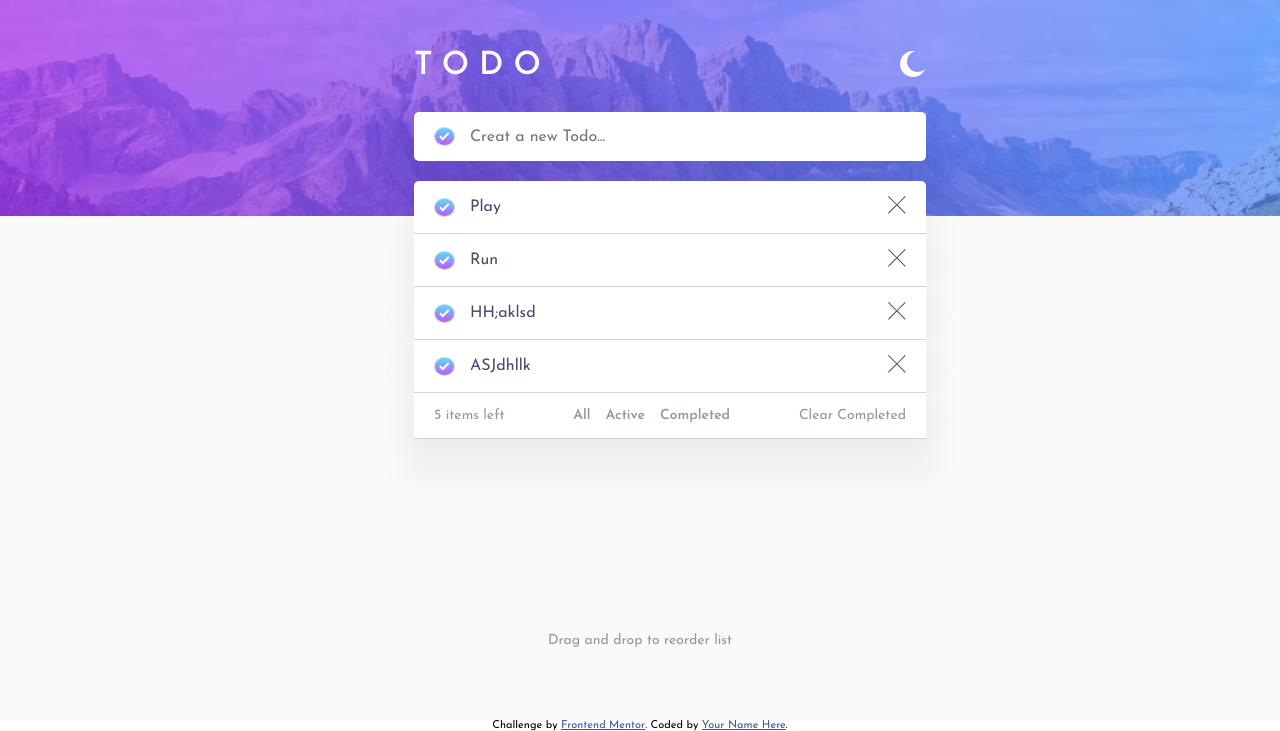
Repository: Baraajad231/Todo-app
Page: /
The author's editor kept a copy of each file at every save. The page is drawn from the files as they stood at one save, then again after the next save.
The browser window is 1280 px wide. The pictures show the whole page.
The project was rebuilt for these pictures with package versions that can differ from the ones it lists, and the page was loaded fresh each time. Also part of the build but not shown: vite.config.js.

Above is the page before, as saved 2025-12-30 17:03:33.

### index.html
<!DOCTYPE html>
<html lang="en" data-theme="light">
  <head>
    <meta charset="UTF-8" />
    <meta name="viewport" content="width=device-width, initial-scale=1.0" />
    <!-- displays site properly based on user's device -->

    <link
      rel="icon"
      type="image/png"
      sizes="32x32"
      href="./images/favicon-32x32.png"
    />

    <title>Frontend Mentor | Todo app</title>

    <!-- Feel free to remove these styles or customise in your own stylesheet 👍 -->
    <style>
      .attribution {
        font-size: 11px;
        text-align: center;
      }
      .attribution a {
        color: hsl(228, 45%, 44%);
      }
    </style>

    <link rel="preconnect" href="https://fonts.googleapis.com" />
    <link rel="preconnect" href="https://fonts.gstatic.com" crossorigin />
    <link
      href="https://fonts.googleapis.com/css2?family=Josefin+Sans:ital,wght@0,100..700;1,100..700&display=swap"
      rel="stylesheet"
    />

    <link rel="stylesheet" href="./styles/style.scss" />
  </head>
  <body>
    <div class="container">
      <picture class="background-Wrapper">
        <source
          media="(min-width:465px)"
          srcset="images/bg-desktop-light.jpg"
        />
        <img
          src="images/bg-mobile-light.jpg"
          alt="bg-mobile-light"
          class="background background-light"
        />
      </picture>

      <div class="todo">
        <div class="todo__header">
          <h1 class="todo__title">TODO</h1>
          <button class="todo__theme button">
            <img src="images/icon-moon.svg" alt="moon icon" />
          </button>
        </div>
        <ul class="todo__list">
          <li class="todo__list__row todo__list__row-input">
            <button class="checkbox button">
              <img
                src="./images/icon-check.svg"
                alt="check"
                class="checkbox__icon"
              />
            </button>
            <input
              type="text"
              placeholder="Creat a new Todo..."
              class="todo__list__input"
            />
          </li>

          <li class="todo__list__row">
            <button class="checkbox button">
              <img
                src="./images/icon-check.svg"
                alt="check"
                class="checkbox__icon"
              />
            </button>
            <span class="todo__list__task">Play</span>
            <button class="remove-btn button">
              <img src="./images/icon-cross.svg" alt="" class="remove-icon" />
            </button>
          </li>
          <li class="todo__list__row">
            <button class="checkbox button">
              <img
                src="./images/icon-check.svg"
                alt="check"
                class="checkbox__icon"
              />
            </button>
            <span class="todo__list__task">Run</span>
            <button class="remove-btn button">
              <img src="./images/icon-cross.svg" alt="" class="remove-icon" />
            </button>
          </li>
          <li class="todo__list__row">
            <button class="checkbox button">
              <img
                src="./images/icon-check.svg"
                alt="check"
                class="checkbox__icon"
              />
            </button>
            <span class="todo__list__task">HH;aklsd</span>
            <button class="remove-btn button">
              <img src="./images/icon-cross.svg" alt="" class="remove-icon" />
            </button>
          </li>
          <li class="todo__list__row">
            <button class="checkbox button">
              <img
                src="./images/icon-check.svg"
                alt="check"
                class="checkbox__icon"
              />
            </button>
            <span class="todo__list__task">ASJdhllk</span>
            <button class="remove-btn button">
              <img src="./images/icon-cross.svg" alt="" class="remove-icon" />
            </button>
          </li>
          <!-- For mobile -->
          <!-- <li class="todo__list__row todo__list__row--meta">
            <div class="todo__items-left">
              <span class="todo__items-count">5</span>
              <span class="todo__items-text">items left</span>
            </div>

            <button class="todo__list-clear button">Clear Completed</button>
          </li>

          <li class="todo__list__row todo__list__row--filter">
            <button class="todo__list-all button button-filter">All</button>
            <button class="todo__list-active button button-filter">
              Active
            </button>
            <button class="todo__list-completed button button-filter">
              Completed
            </button>
          </li> -->

          <!-- for desktop -->
          <li class="todo__list__row todo__list__row--control">
            <div class="todo__items-left">
              <span class="todo__items-count">5</span>
              <span class="todo__items-text">items left</span>
            </div>

            <div class="todo__list--filter">
              <button class="todo__list-all button button-filter">All</button>
              <button class="todo__list-active button button-filter">
                Active
              </button>
              <button class="todo__list-completed button button-filter">
                Completed
              </button>
            </div>

            <button class="todo__list-clear button">Clear Completed</button>
          </li>
        </ul>
      </div>
    </div>
    <p class="note">Drag and drop to reorder list</p>

    <div class="attribution">
      Challenge by
      <a href="https://www.frontendmentor.io?ref=challenge" target="_blank"
        >Frontend Mentor</a
      >. Coded by <a href="#">Your Name Here</a>.
    </div>
  </body>
</html>

### styles/style.scss
/*variables*/
:root {
  /* ===== Brand / Primary ===== */
  --color-primary: hsl(220, 98%, 61%);

  --gradient-check: linear-gradient(hsl(192, 100%, 67%), hsl(280, 87%, 65%));

  /* ===== Typography ===== */
  --font-family-base: "Josefin Sans", sans-serif;
  --font-size-base: 16px;
  --font-weight-regular: 400;
  --font-weight-bold: 700;
}

:root[data-theme="light"] {
  --color-bg: hsl(0, 0%, 98%);
  --color-surface: #ffffff;

  --color-text-primary: hsl(235, 19%, 35%);
  --color-text-secondary: hsl(236, 9%, 61%);

  --color-border: hsl(233, 11%, 84%);
  --color-completed: hsl(234, 39%, 85%);
}

:root[data-theme="dark"] {
  --color-bg: hsl(235, 21%, 11%);
  --color-surface: hsl(235, 24%, 19%);

  --color-text-primary: hsl(234, 39%, 85%);
  --color-text-secondary: hsl(236, 9%, 61%);

  --color-border: hsl(237, 14%, 26%);
  --color-muted: hsl(233, 14%, 35%);
}

/* Reset */
* {
  margin: 0;
  padding: 0;
  font: inherit;
}

*,
*::after,
*::before {
  box-sizing: border-box;
}

a {
  color: inherit;
  display: inline-block;
}

button,
[type="submit"] {
  background-color: transparent;
  border: none;
  cursor: pointer;
}

ul,
ol {
  list-style: none;
}

html {
  font-size: 62.5%;
}

body {
  font-size: 1.6rem;
  font-family: var(--font-family-base);
  color: var(--color-text-primar);
}
/* End Reset */

/*container*/
.container {
  position: relative;
  height: 100vh;
  background-color: var(--color-bg);
}
.background {
  width: 100vw;
  @media (min-width: 769px) {
    height: 30%;
  }
}

.todo {
  display: flex;
  flex-direction: column;
  gap: 3rem;
  position: absolute;
  top: 0;
  width: calc(100% - 6rem);
  margin: 5rem 3rem;

  @media (min-width: 769px) {
    width: 40%;
    left: 50%;
    transform: translateX(-50%);
  }

  @media (max-width: 768px) {
    width: 70%;
    left: 50%;
    transform: translateX(-50%);
  }

  &__header {
    display: flex;
    justify-content: space-between;
    .todo__title {
      font-size: 2.4rem;
      color: white;
      letter-spacing: 1rem;
      font-weight: 600;

      @media (min-width: 769px) {
        font-size: 3.2rem;
      }
    }
  }

  &__list {
    font-size: 1.2rem;

    @media (min-width: 769px) {
      font-size: 1.6rem;
    }

    &__row {
      background-color: var(--color-surface);
      padding: 1.5rem 2rem;
      display: flex;
      align-items: center;
      color: var(--color-text-primary);
      box-shadow: 0 3rem 3rem 1rem rgba(0, 0, 0, 0.045);
      &--completed {
        text-decoration: line-through;
        color: var(--color-completed);
      }
      &:nth-child(2) {
        border-radius: 0.5rem 0.5rem 0 0;
      }

      & .checkbox {
        border: 1px solid var(--color-border);
        border-radius: 50%;
        background: var(--gradient-check);
        margin-right: 1rem;
        display: flex;
        align-items: center;
        justify-content: center;
        @media (min-width: 769px) {
          margin-right: 1.5rem;
        }

        &__icon {
          padding: 0.4rem;
        }
      }

      & .todo__list__task {
        margin-right: auto;
      }
      &-input {
        margin-bottom: 1.5rem;

        @media (min-width: 769px) {
          margin-bottom: 2rem;
        }
        & .todo__list__input {
          border: none;
          background-color: transparent;

          &:focus {
            outline: none;
            caret-color: var(--color-primary);
          }
        }
      }

      &:not(&-input, &--filter, &--meta) {
        border-bottom: 1px solid var(--color-border);
      }

      &--meta {
        display: flex;
        justify-content: space-between;

        border-radius: 0 0 0.5rem 0.5rem;
      }

      &--filter {
        display: flex;
        justify-content: center;
        gap: 2rem;
        margin-top: 2rem;
        font-size: 1.4rem;
      }
      &--filter,
      &-input {
        border-radius: 0.5rem;
      }
      &--filter,
      &--meta {
        color: var(--color-text-secondary);
      }

      &--control {
        display: flex;
        justify-content: space-between;
        font-size: 1.4rem;
        color: var(--color-text-secondary);

        & .todo__list--filter {
          display: flex;
          gap: 1.5rem;
        }
      }
    }
  }
}

.note {
  position: absolute;
  bottom: 10%;
  left: 50%;
  transform: translateX(-50%);
  width: max-content;
  font-size: 1.4rem;
  color: var(--color-text-secondary);
}

.button {
  color: var(--color-text-secondary);

  &:active {
    transform: scale(0.9);
    color: var(--color-text-primary);
  }

  &-filter {
    &:focus {
      color: var(--color-primary);
    }
    font-weight: 600;
  }
}

After the next save:
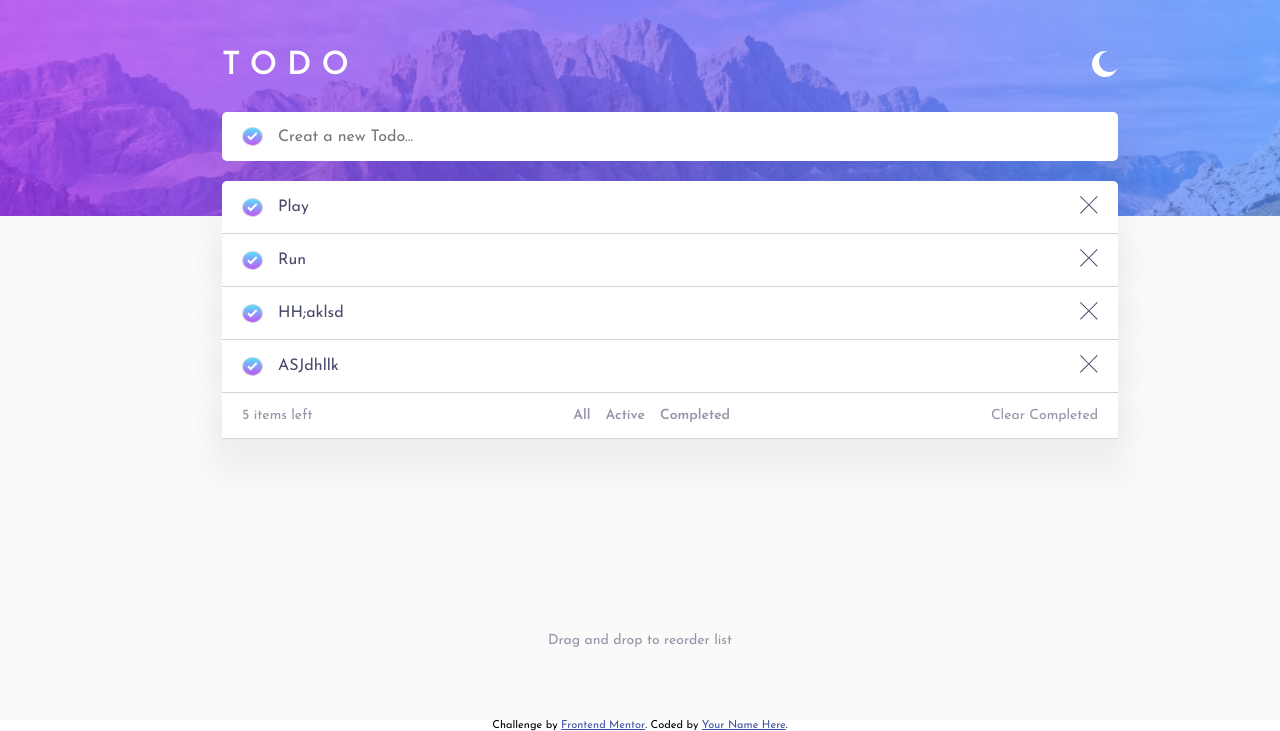
Saved 60 s later.
--- a/styles/style.scss
+++ b/styles/style.scss
@@ -97,13 +97,13 @@
   width: calc(100% - 6rem);
   margin: 5rem 3rem;
 
-  @media (min-width: 769px) {
+  @media (min-width: 950px) {
     width: 40%;
     left: 50%;
     transform: translateX(-50%);
   }
 
-  @media (max-width: 768px) {
+  @media (min-width: 768px) {
     width: 70%;
     left: 50%;
     transform: translateX(-50%);

After the 3 saves that followed:
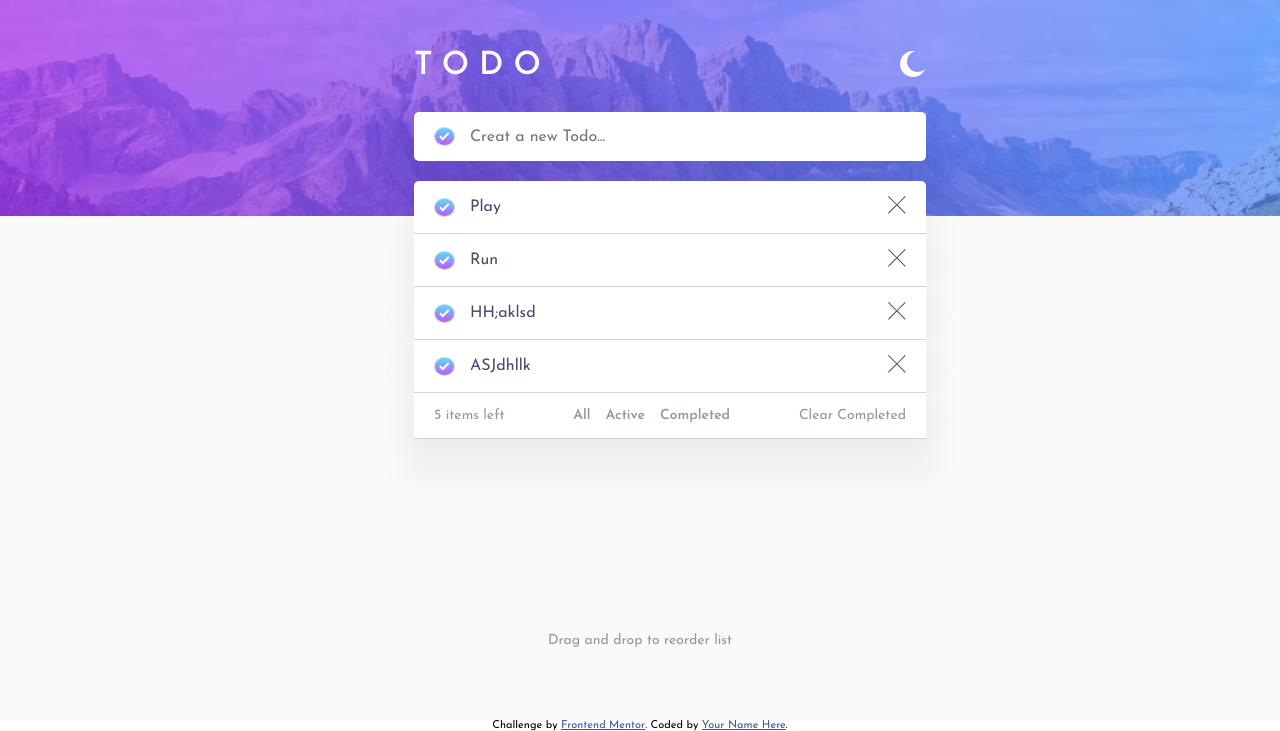
The 3 saves are shown as one change because 2 left the picture as it was.
The last was saved 78 s later.
--- a/styles/style.scss
+++ b/styles/style.scss
@@ -97,14 +97,14 @@
   width: calc(100% - 6rem);
   margin: 5rem 3rem;
 
+  @media (min-width: 768px) {
+    width: 70%;
+    left: 50%;
+    transform: translateX(-50%);
+  }
+
   @media (min-width: 950px) {
     width: 40%;
-    left: 50%;
-    transform: translateX(-50%);
-  }
-
-  @media (min-width: 768px) {
-    width: 70%;
     left: 50%;
     transform: translateX(-50%);
   }
